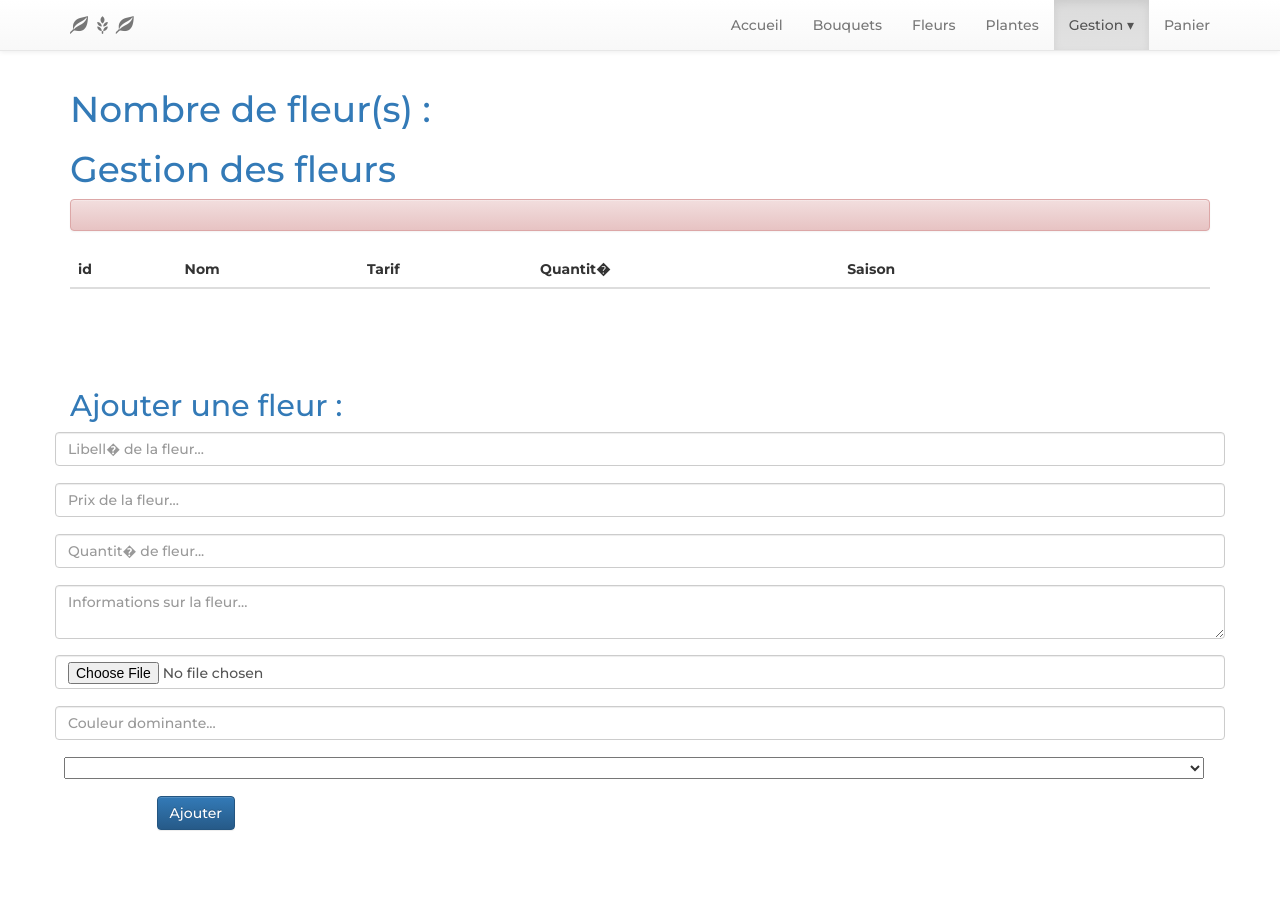
Repository: JeremT8/JavaFleuristeProject
Page: tp-fleuriste/src/main/webapp/fleurs.html
These files come from the project's save history. The page is drawn as it stood at one moment and after the next save; the edit follows.
The browser window is 1280 px wide. The pictures show the whole page.
The page's requests for data from a server got no answer. Some web libraries are served in a nearby version.

Above is the page before, as saved 2022-05-18 14:30:17.

### tp-fleuriste/src/main/webapp/fleurs.html
<!DOCTYPE html>
<html>
<head>
<meta charset="UTF-8">
<title>Flow Hearts</title>
<link rel="stylesheet"
	href="https://maxcdn.bootstrapcdn.com/bootstrap/3.3.7/css/bootstrap.min.css">
<link rel="stylesheet"
	href="https://maxcdn.bootstrapcdn.com/bootstrap/3.3.7/css/bootstrap-theme.min.css">
<script
	src="https://ajax.googleapis.com/ajax/libs/jquery/3.1.1/jquery.min.js"></script>
<script
	src="https://maxcdn.bootstrapcdn.com/bootstrap/3.3.7/js/bootstrap.min.js"></script>
<link rel="apple-touch-icon" sizes="76x76" href="/apple-touch-icon.png">
<link rel="icon" type="image/png" sizes="32x32"
	href="/favicon-32x32.png">
<link rel="icon" type="image/png" sizes="16x16"
	href="/favicon-16x16.png">
<link rel="manifest" href="/site.webmanifest">
<link rel="mask-icon" href="/safari-pinned-tab.svg" color="#5bbad5">
<meta name="msapplication-TileColor" content="#da532c">
<meta name="theme-color" content="#ffffff">

<link rel="preconnect" href="https://fonts.googleapis.com">
<link rel="preconnect" href="https://fonts.gstatic.com" crossorigin>
<link href="https://fonts.googleapis.com/css2?family=Montserrat:wght@300;500;700&display=swap" rel="stylesheet">
<link rel="stylesheet" href="/css/commun.css">
<script src="./js/fleurs.js"></script>
</head>
<body>
	<nav class="navbar navbar-default navbar-fixed-top">
		<div class="container">
			<div class="navbar-header">
				<a href="index.html" class="navbar-brand active"> <span
					class="glyphicon glyphicon-leaf rotate-leaf"></span> <span
					class="glyphicon glyphicon-grain"></span> <span
					class="glyphicon glyphicon-leaf"></span>
				</a>
				<button class="navbar-toggle" type="button" data-toggle="collapse"
					data-target="#navbar-main">
					<span class="icon-bar"></span> <span class="icon-bar"></span> <span
						class="icon-bar"></span>
				</button>
			</div>
			<div class="navbar-collapse collapse" id="navbar-main">
				<ul class="nav navbar-nav navbar-right">
					<li><a href="index.html">Accueil</a></li>
					<li><a href="listeBouquets.html">Bouquets</a></li>
					<li><a href="listeFleurs.html">Fleurs</a></li>
					<li><a href="listePlante.html">Plantes</a></li>
					<li class="nav-item dropdown active"><a
						class="nav-link dropdown-toggle" href="#" id="navbarDropdown"
						role="button" data-toggle="dropdown" aria-haspopup="true"
						aria-expanded="false"> Gestion ▾ </a>
						<div class="dropdown-menu" aria-labelledby="navbarDropdown">
							<a class="dropdown-item" href="plantes.html">Plantes</a>
							<div class="dropdown-divider"></div>
							<a class="dropdown-item" href="fleurs.html">Fleurs</a>
							<div class="dropdown-divider"></div>
							<a class="dropdown-item" href="bouquets.html">Bouquets</a>
							<div class="dropdown-divider"></div>
							<a class="dropdown-item" href="saisons.html">Saisons</a>
							<div class="dropdown-divider"></div>
							<a class="dropdown-item" href="styles.html">Styles</a>
						</div></li>
					<li><a  href="panier.html"> Panier</a></li>
				</ul>
			</div>
		</div>
	</nav>
<body>
	<div class="container">
		<h1 class="bleu">
			Nombre de fleur(s) : <span id="nbFleur"></span>
		</h1>
		<h1 class="bleu">Gestion des fleurs</h1>

		<div class="alert alert-danger d-none" id="errorFleurs"></div>

		<table class="table table-hover table-striped">
			<thead>
				<tr>
					<th>id</th>
					<th>Nom</th>
					<th>Tarif</th>
					<th>Quantit�</th>
					<th>Saison</th>
					<th>&nbsp;</th>
					<th>&nbsp;</th>
				</tr>
			</thead>
			<tbody id="tbodyliste">
			</tbody>

		</table>

		<br> <br> <br>
		<h2 class="bleu">Ajouter une fleur :</h2>
		<div>
			<form class="form-horizontal">
				<div class="form-group">
					<div class="div-form-input mb-3">
						<input type="text"
							id="nomFleur" class="form-control"
							placeholder="Libell� de la fleur..." aria-label="Username"
							aria-describedby="basic-addon1">
					</div>
					<div class="div-form-input mb-3">
						<input type="number"
							id="tarifFleur" class="form-control"
							placeholder="Prix de la fleur..." aria-label="Username"
							aria-describedby="basic-addon1">
					</div>
					<div class="div-form-input mb-3">
						<input
							type="number" id="quantiteFleur" class="form-control"
							placeholder="Quantit� de fleur..." aria-label="Username"
							aria-describedby="basic-addon1">
					</div>
					<div class="div-form-input mb-3">

						<textarea class="form-control" id="infoFleur"
							placeholder="Informations sur la fleur..."
							aria-label="With textarea"></textarea>
					</div>
					<div class="div-form-input mb-3">
						<input type="file"
							id="urlImageFleur" class="form-control"
							placeholder="URL de l'image..." aria-label="Username"
							aria-describedby="basic-addon1">
					</div>
					<div class="div-form-input mb-3">
						<input
							type="text" id="couleurFleur" class="form-control"
							placeholder="Couleur dominante..." aria-label="Username"
							aria-describedby="basic-addon1">
					</div>
					<div class="div-form-input form-group">
						<div class="col-12">

							<select id="saison" class="form-select" aria-label="multiple select example">

							</select>
						</div>
					</div>

					<div class="col-xs-2 mt-2">
						<button type="button" id="bAjoutFleur"
							class="btn btn-primary pull-right mt-2">Ajouter</button>
					</div>
				</div>

			</form>
		</div>
	</div>
</body>
</html>

### tp-fleuriste/src/main/webapp/css/commun.css
body {
	padding-top: 70px;
	padding-bottom: 70px;
	font-family: 'Montserrat', sans-serif !important;

}

.navbar-foot {
	width: 100%;
}

.rouge {
	color: red;
}

.vert {
	color: green;
}

.bleu, .glyphicon-shopping-cart {
	color: #337ab7;
}
.gros{
	font-size: 1.0em;
	padding-left: 15px;
	padding-right: 15px;
}
.glyphicon-menu-up, .glyphicon-menu-down{
	font-size: 0.7em;
}
.supp, .modif, .tri{
/* 	cursor:crosshair;	 */
	cursor:pointer;
}

textarea.noresize{
	resize: none;
}

#map{
	width : 100%;
	height : 400px;
	border : 1px solid #337ab7;
}

.icon-flipped {
transform: scaleX(-1);
-moz-transform: scaleX(-1);
-webkit-transform: scaleX(-1);
-ms-transform: scaleX(-1);
}


.bottle{
	display: inline-block !important;
}

a.dropdown-item {
	color: black;
	text-decoration: none;
	width:100%;
	margin: 4% auto;
}

.open > .dropdown-menu  {
	display: flex;
	flex-wrap: wrap;
	flex-direction: column;
	text-align: center;
	letter-spacing: 2px;
}


.input-form {
	margin:0.8em;
}

.div-form-input {
	margin: 0% 0% 1.2em 0%;
}

select#saison, select#style {
	width: 95%;
	margin: 0% 2% 0% 2%;
}

### tp-fleuriste/src/main/webapp/js/fleurs.js
$(function() {
	getFleurs();
	getSaisons();
	$("#bAjoutFleur").on("click", ajouterFleur);
});

function getFleurs() {
	$.get("http://localhost:8080/tp-fleuriste/rs/fleurs", afficherFleurs);
}

function getSaisons() {
	$.get("http://localhost:8080/tp-fleuriste/rs/saisons", function(saisons) {

		var data = "";
		saisons.forEach(function(s) {
			data += "<option value=" + s.id + ">" + s.libelle + "</option>";
		});

		$("#saison").html(data);

	});
}
function afficherFleurs(fleurs) {
	var data = "";
	$("#nbFleur").html(fleurs.length);
	fleurs.forEach(function(f) {
		var tr = "<tr>";
		tr += "<td>" + f.id + "</td>";
		tr += "<td><button onclick='afficheFleur(" + f.id + ")' type='button' class='btn btn-link'>" + f.nom + "</button></td>";
		tr += "<td>" + f.tarif + "</td>";
		tr += "<td>" + f.quantite + "</td>";
		tr += "<td>" + f.saison.libelle + "</td>";
		tr += "<td class='centre'><button onclick='modifFleur(" + f.id + ")' type='button' class='btn btn-xs btn-success'>Modifier</button></td>";
		tr += "<td class='centre'><button onclick='suppFleur(" + f.id + ")' type='button' class='btn btn-xs btn-danger'>Supprimer</button></td>";
		tr += "</tr>";

		data += tr;
	})
	$("#tbodyliste").html(data);
}

function ajouterFleur() {

	var data = {
		nom: $("#nomFleur").val(),
		tarif: $("#tarifFleur").val(),
		quantite: $("#quantiteFleur").val(),
		description: $("#infoFleur").val(),
		image: $("#urlImageFleur").val(),
		couleur: $("#couleurFleur").val(),
		saison: {
			id: $("#saison").val()
		},
	}


	$.ajax({
		type: 'post',
		url: 'http://localhost:8080/tp-fleuriste/rs/fleurs',
		data: JSON.stringify(data),
		contentType: "application/json;charset=utf-8",
		success: function() {
			window.location = "fleurs.html";
		}
	})
		.fail(function() {
			$("#errorFleurs").css("display", "block");
			$("#errorFleurs").html("Une erreur est survenue lors de l'ajout");
		})
}

function afficheFleur(id) {
	window.location = "fleur-detail.html?id=" + id;
}

function modifFleur(id) {
	window.location = "modiffleur.html?id=" + id;
}

function suppFleur(id) {
	$.ajax({
		type: 'delete',
		url: 'http://localhost:8080/tp-fleuriste/rs/fleurs/' + id,
		success: function() {
			getFleurs();
		}
	})
		.fail(function() {
			$("#errorFleurs").css("display", "block");
			$("#errorFleurs").html("Une erreur est survenue lors de la suppression");
		})
}

After the next save:
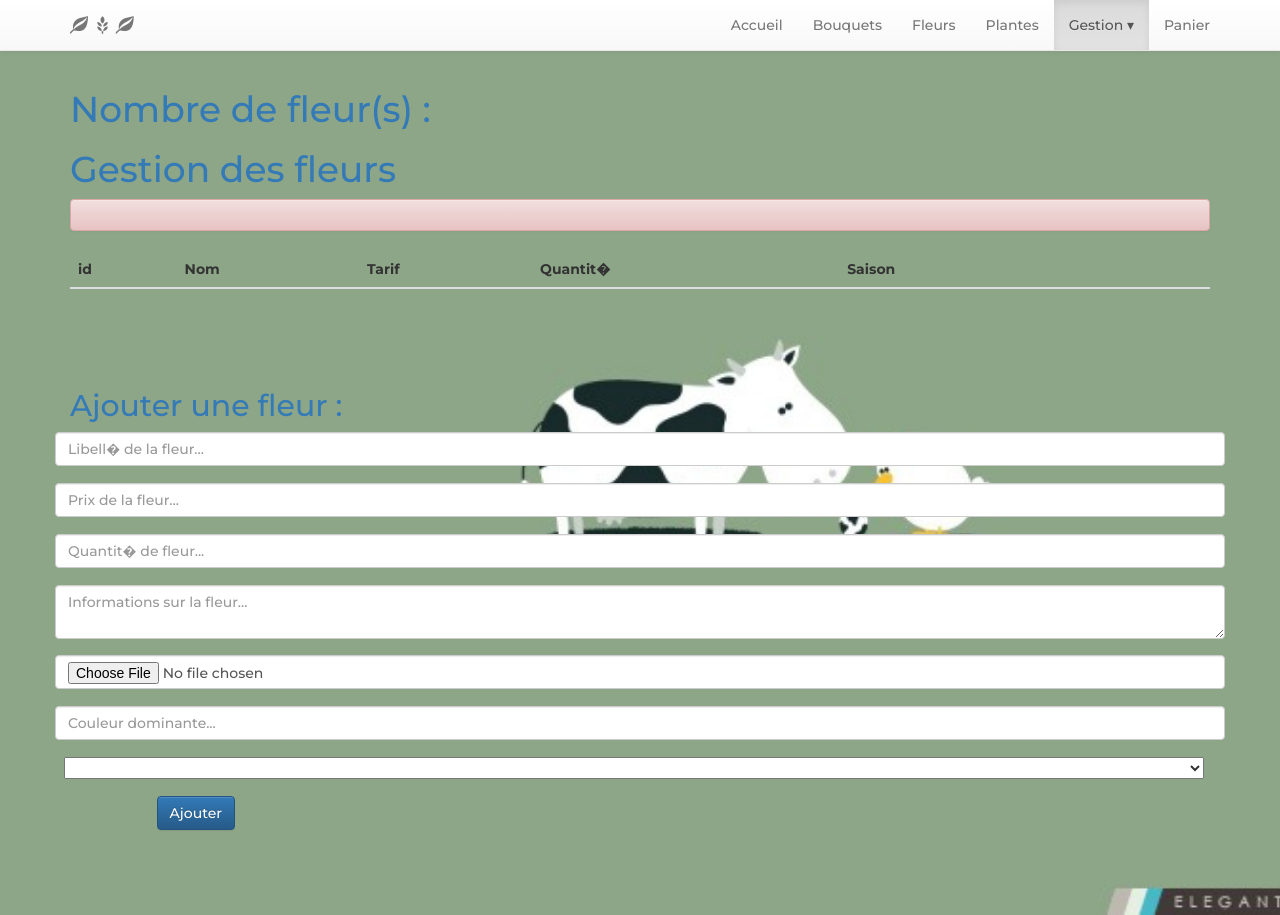
Saved 85 s later.
--- a/tp-fleuriste/src/main/webapp/fleurs.html
+++ b/tp-fleuriste/src/main/webapp/fleurs.html
@@ -17,15 +17,18 @@
 <link rel="icon" type="image/png" sizes="16x16"
 	href="/favicon-16x16.png">
 <link rel="manifest" href="/site.webmanifest">
-<link rel="mask-icon" href="/safari-pinned-tab.svg" color="#5bbad5">
 <meta name="msapplication-TileColor" content="#da532c">
 <meta name="theme-color" content="#ffffff">
-
+<link rel="stylesheet" href="css/commun.css">
 <link rel="preconnect" href="https://fonts.googleapis.com">
-<link rel="preconnect" href="https://fonts.gstatic.com" crossorigin>
 <link href="https://fonts.googleapis.com/css2?family=Montserrat:wght@300;500;700&display=swap" rel="stylesheet">
-<link rel="stylesheet" href="/css/commun.css">
-<script src="./js/fleurs.js"></script>
+<style type="text/css">
+body {
+	background-image: url("img/fond.jpg");
+	background-repeat: no-repeat;
+	background-size: cover;
+}
+</style>
 </head>
 <body>
 	<nav class="navbar navbar-default navbar-fixed-top">

After the save that followed:
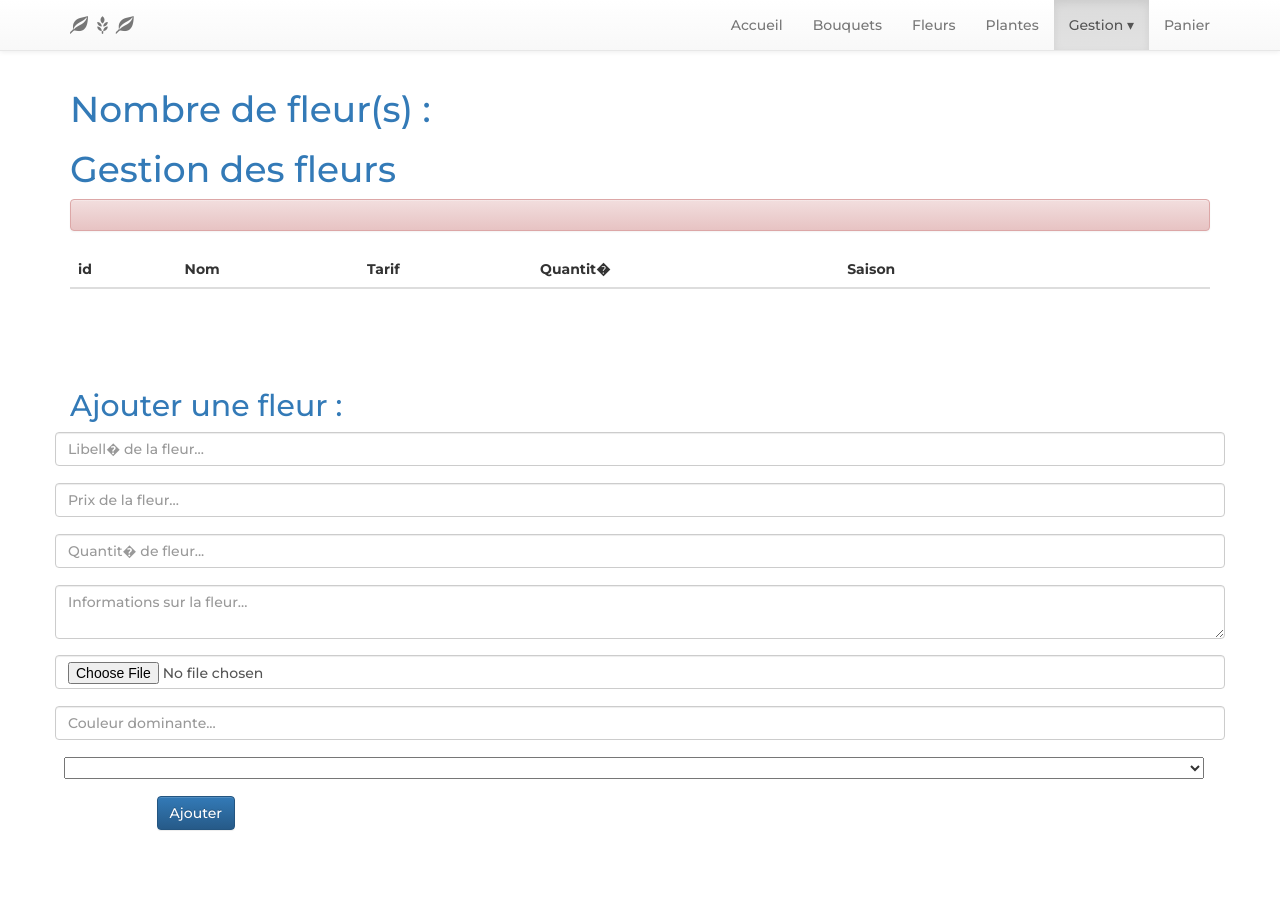
Saved 11 s later.
--- a/tp-fleuriste/src/main/webapp/fleurs.html
+++ b/tp-fleuriste/src/main/webapp/fleurs.html
@@ -22,13 +22,7 @@
 <link rel="stylesheet" href="css/commun.css">
 <link rel="preconnect" href="https://fonts.googleapis.com">
 <link href="https://fonts.googleapis.com/css2?family=Montserrat:wght@300;500;700&display=swap" rel="stylesheet">
-<style type="text/css">
-body {
-	background-image: url("img/fond.jpg");
-	background-repeat: no-repeat;
-	background-size: cover;
-}
-</style>
+
 </head>
 <body>
 	<nav class="navbar navbar-default navbar-fixed-top">
